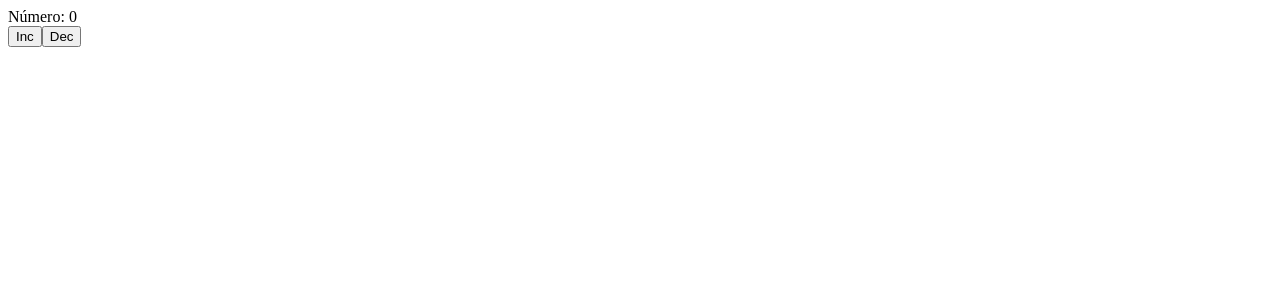
Repository: eversonps/react-fundamentos
Page: / (app in v4/)
An editor plug-in stored every save of this project. The page is shown before and after the next save, followed by the edit.
The browser window is 1280 px wide. The pictures show the whole page.
The project was rebuilt for these pictures with package versions that can differ from the ones it lists, and the page was loaded fresh each time.

Above is the page before, as saved 2022-03-24 17:30:39.

After the next save:
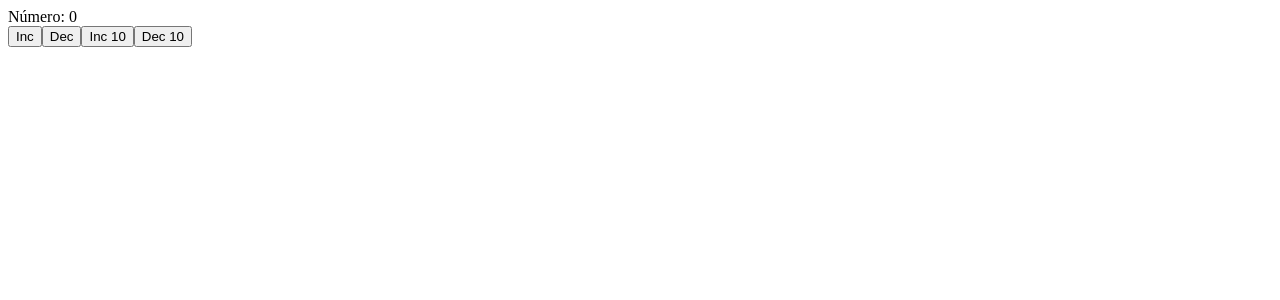
Saved 84 s later.
--- a/v4/src/componentes/Contador.jsx
+++ b/v4/src/componentes/Contador.jsx
@@ -18,6 +18,9 @@ export default class Contador extends Component{
         this.setState({numero: this.state.numero - 1})
     }
 
+    alterar = diferenca => {
+        this.setState({numero: this.state.numero + diferenca})
+    }
 
 
     render(){
@@ -26,6 +29,8 @@ export default class Contador extends Component{
                 <div>Número: {this.state.numero}</div>
                 <button onClick={this.maisUm}>Inc</button>
                 <button onClick={this.menosUm}>Dec</button>
+                <button onClick={() => this.alterar(10)}>Inc 10</button>
+                <button onClick={() => this.alterar(-10)}>Dec 10</button>
             </div>
         )
     }
